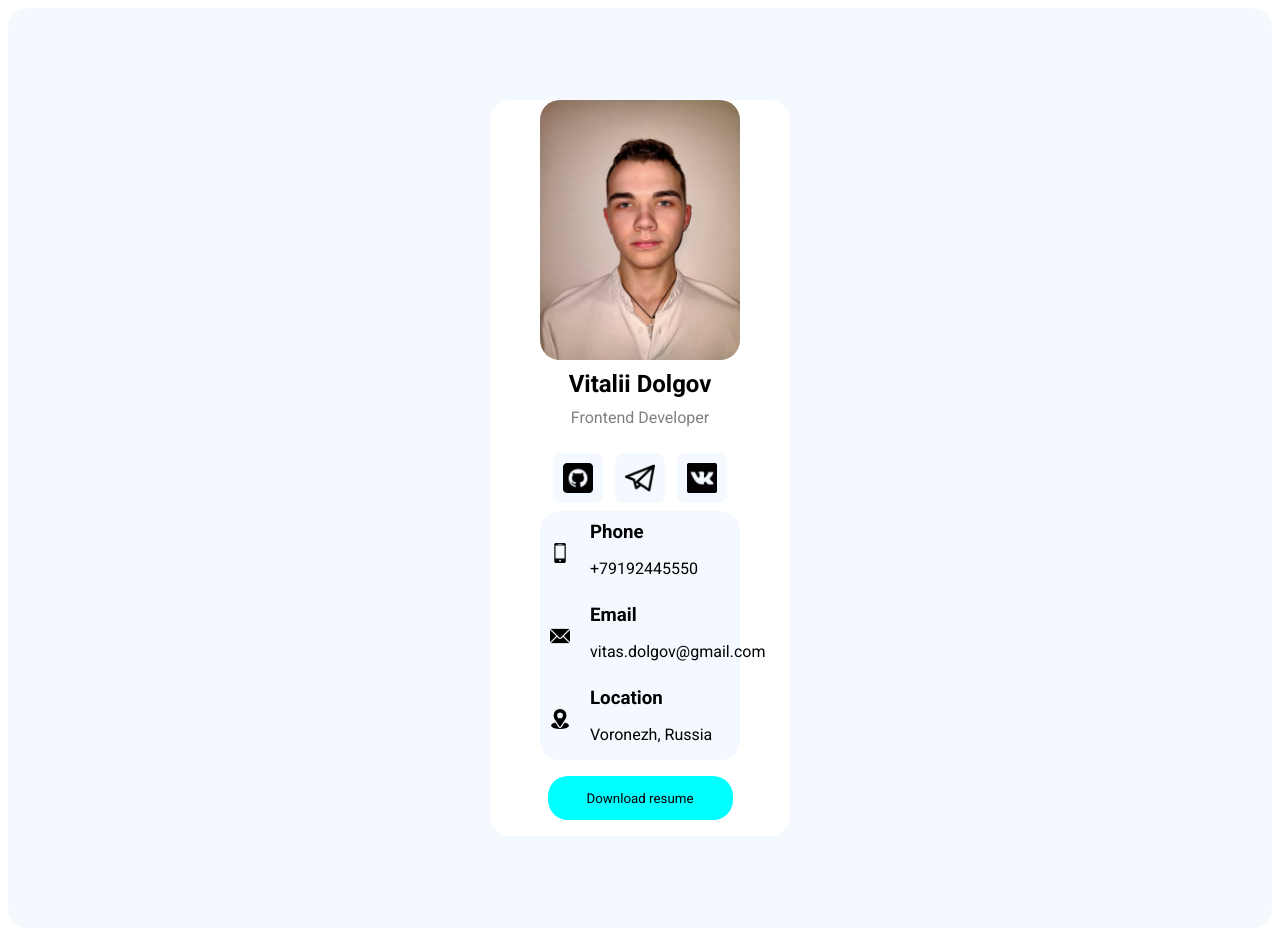
Repository: VitasYo/User_card
Page: src/index.html
The author's editor kept a copy of each file at every save. The page is drawn from the files as they stood at one save, then again after a run of saves.
The browser window is 1280 px wide. The pictures show the whole page.

Above is the page before, as saved 2024-04-09 23:36:25.

After the next 2 saves:
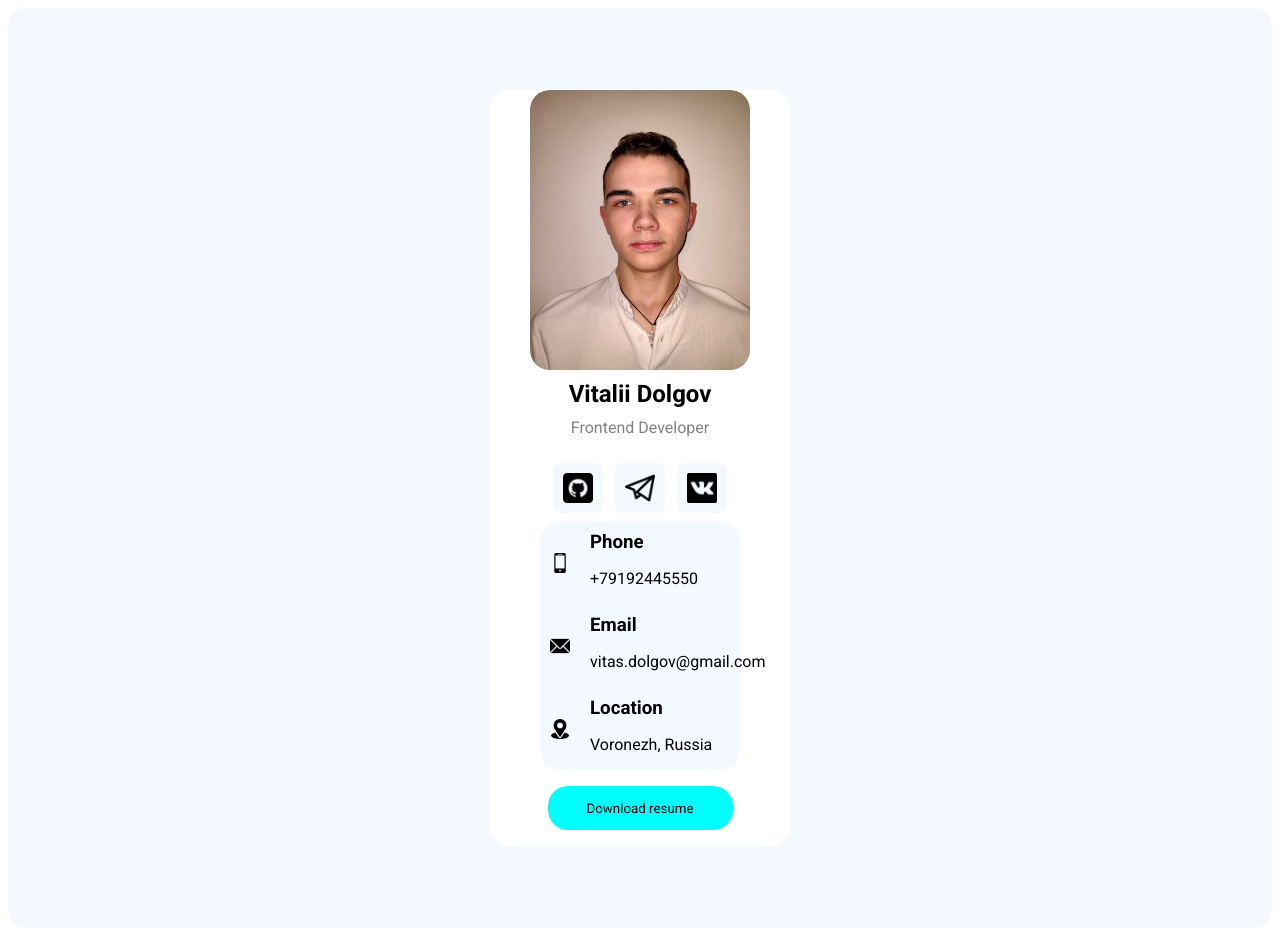
The 2 saves are shown as one change because they came seconds apart.
The last was saved 24 s later.
--- a/assets/css/index.css
+++ b/assets/css/index.css
@@ -37,8 +37,8 @@
 }
 
 .avatar {
-  width: 200px;
-  height: 260px;
+  width: 220px;
+  height: 280px;
   border-radius: 20px;
 }
 
